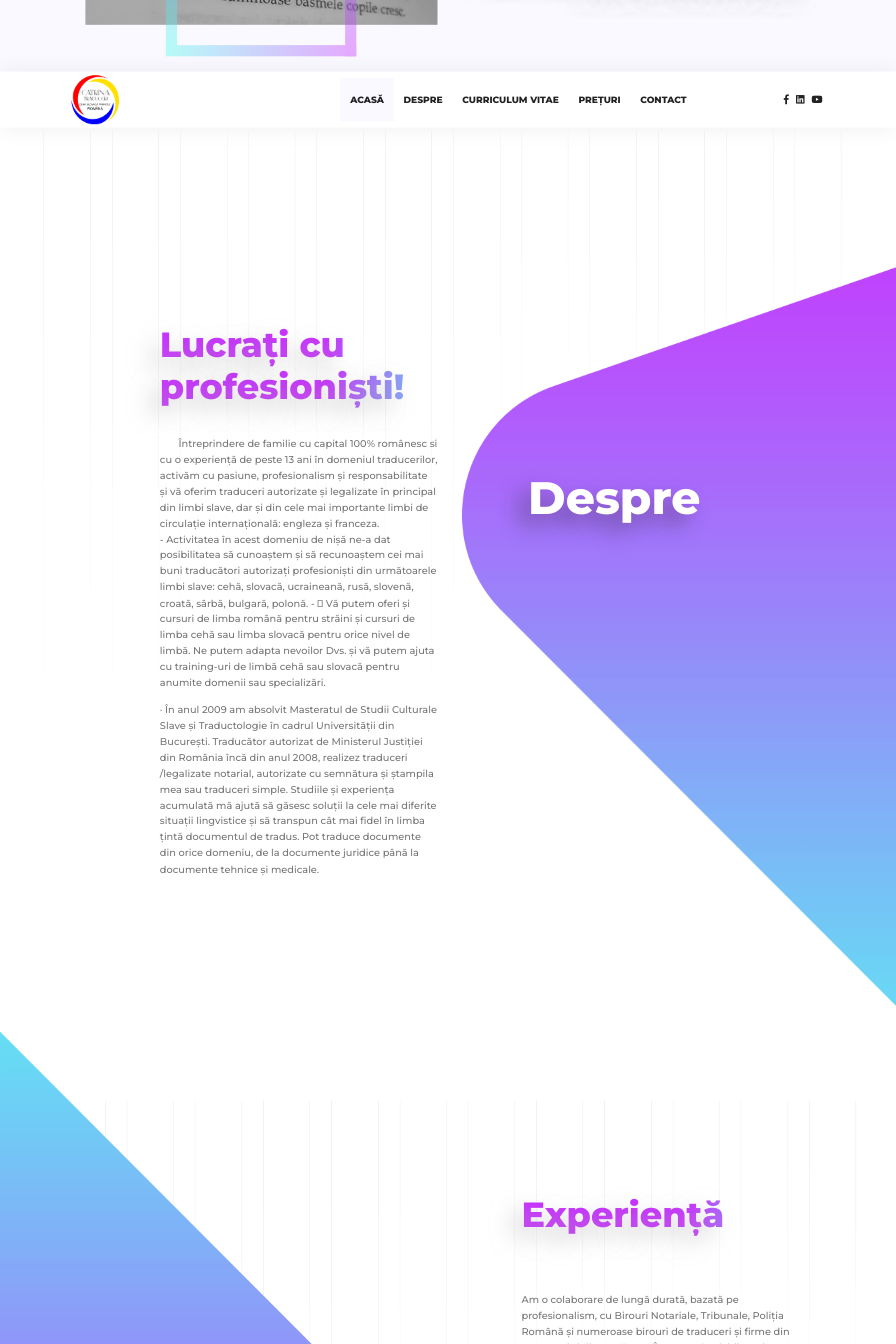
Repository: roscaImarius/site_traduceri
Page: index.html
The author's editor kept a copy of each file at every save. The page is drawn from the files as they stood at one save, then again after a run of saves.
The browser window is 1280 px wide. The pictures show the part of the page from y = 509 to 2429 px (the page is 7580 px tall), at 70% of full size.

Above is the page before, as saved 2022-03-17 15:01:29.

After the next 2 saves:
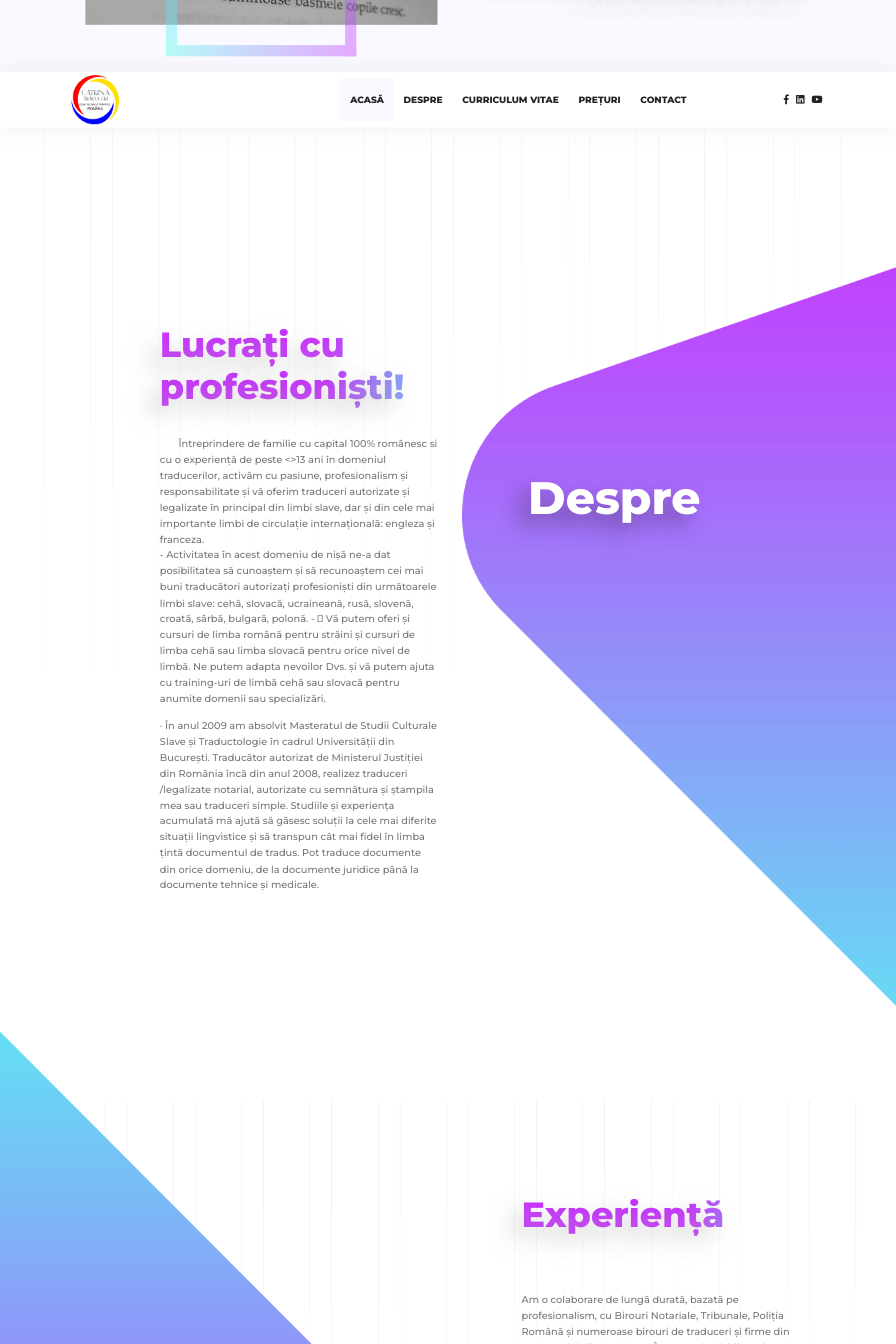
The 2 saves are shown as one change because they came seconds apart.
The last was saved 8 s later.
--- a/index.html
+++ b/index.html
@@ -135,7 +135,7 @@
             <h2 class="heading mb-40">Lucrați cu profesioniști!</h2>
             <p style="text-indent: 20pt">
               Întreprindere de familie cu capital 100% românesc si cu o
-              experiență de peste <b>13 ani</b> în domeniul traducerilor,
+              experiență de peste <>13 ani</h1> în domeniul traducerilor,
               activăm cu pasiune, profesionalism și responsabilitate și vă
               oferim traduceri autorizate și legalizate în principal din limbi
               slave, dar și din cele mai importante limbi de circulație
